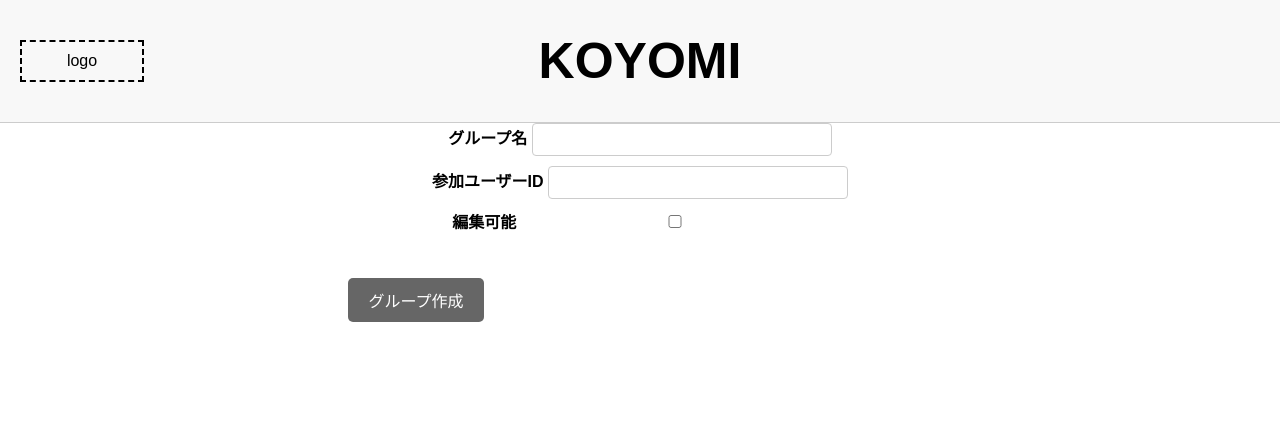
Repository: teramu0602/koyomi
Page: http://localhost/create_group
These files come from the project's save history. The page is drawn as it stood at one moment and after the next save; the edit follows.
The browser window is 1280 px wide. The pictures show the whole page.
Some web fonts or font styles are not loaded; a fallback is used. The page is served by the project's Laravel application, run on PHP 8.4 with Laravel 9. Other server files are loaded and not shown. Style sheets and scripts are compiled from the project's sources, by tool versions that may differ from the author's.

Above is the page before, as saved 2025-02-23 20:26:31.

### routes/web.php
<?php

use Illuminate\Support\Facades\Route;
use App\Http\Controllers\CalendarController;
use App\Http\Controllers\PostController;
use App\Http\Controllers\Auth\LoginController;



/*
|--------------------------------------------------------------------------
| Web Routes
|--------------------------------------------------------------------------
|
| Here is where you can register web routes for your application. These
| routes are loaded by the RouteServiceProvider within a group which
| contains the "web" middleware group. Now create something great!
|
*/

Route::get('/', function () {
    return view('welcome');
});

Route::get('/admin', function () {
    return view('layouts/admin');
});

Route::get('/admin/home', function () {
    return view('calender/home');
});

Route::get('/custom-login', [LoginController::class, 'showLoginForm'])->name('custom.login');
Route::post('/custom-login', [LoginController::class, 'login'])->name('custom.login.submit');
Route::get('/custom-login', function () {
    return view('admin/login');
});

Route::get('/signup', function () {
    return view('admin/signup');
});
Auth::routes();

Route::get('/home', [App\Http\Controllers\HomeController::class, 'index'])->name('home');



Route::get('/calendar', function () {
    return view('calender/calendar');
})->name('calendar');

Route::get('/calendar/{year}/{month}', [CalendarController::class, 'show'])->name('calendar.show');
Route::get('/admin/home/{year}/{month}', [CalendarController::class, 'showAdmin'])->name('calendar.admin.show');

Route::get('/admin/home', [CalendarController::class, 'index']);

Route::get('/common', function () {
    return view('admin/calendar_common');
});

Route::get('/grouplist', function () {
    return view('admin/group_list');
});

Route::get('/create_group', function () {
    return view('admin/create_group');
});


Route::post('/groups', [CalendarController::class, 'store'])->name('groups.store');

### resources/views/admin/create_group.blade.php
@extends('admin.calendar_common')
@section('title', 'グループ作成')

@section('content')
<form action="{{ route('groups.store') }}" method="POST">
    @csrf
    <div>
        <label for="group_name">グループ名</label>
        <input type="text" id="group_name" name="group_name" required>
    </div>

    <div>
        <label for="join_id">参加ユーザーID</label>
        <input type="number" id="join_id" name="join_id" required>
    </div>

    <div>
        <label for="edit_flg">編集可能</label>
        <input type="checkbox" id="edit_flg" name="edit_flg" value="1">
    </div>

    <button type="submit">グループ作成</button>
</form>


@endsection

### resources/views/admin/calendar_common.blade.php
@extends('layouts.admin_calender')
@section('title', 'common')
<head>
<link href="{{ asset('css/common.admin.css') }}" rel="stylesheet">
</head>

@section('content')
<div class = "container">
<button class="switch_button" onclick="toggleMode()">グループ / 個人</button>
</div>

@endsection

### resources/views/layouts/admin_calender.blade.php
<!DOCTYPE html>
<html lang="{{ app()->getLocale() }}">
    <head>
        <meta charset="utf-8">
        <meta http-equiv="X-UA-Compatible" content="IE=edge">
        <meta name="viewport" content="width=device-width, initial-scale=1">
        <meta name="csrf-token" content="{{ csrf_token() }}">

        <title>@yield('title')</title>

        <script src="{{ asset('js/app.js') }}" defer></script>

        <link rel="dns-prefetch" href="https://fonts.gstatic.com">
        <link href="https://fonts.googleapis.com/css?family=Raleway:300,400,600" rel="stylesheet" type="text/css">

        <link href="{{ asset('css/admin.css') }}" rel="stylesheet">


    </head>

   <header>
        <div class="logo">logo</div>
        <h1 class="service-name">KOYOMI</h1>
        @yield('drop_menu')
    </header>

    <main>
    @yield('content')
    </main>
    <body>
    </body>

</html>

### public/css/common.admin.css
html, body {
    width: 100%;
    margin: 0; /* 不要なマージンを削除 */
    padding: 0; /* 不要なパディングを削除 */
}

.container {
    display: flex;
    justify-content: right; /* 水平中央に配置 */


}

button {

    border: none;
    border-radius: 5px;
    cursor: pointer;
    margin: 0!important;
    margin-top: 35px!important;
    margin-right: 448px!important;
    font-size: 16px;

    display: flex !important;
    justify-content: flex-end !important;
  }




.purple {
    color: orange;
}

.switch_button{
    display: flex ;
    justify-content: flex-end ;


}

### resources/sass/admin.scss
@charset "UTF-8";
body {
  font-family: Arial, sans-serif;
  text-align: center;
  margin: 0;
  padding: 0;
}

header {
  display: flex;
  justify-content: center;
  align-items: center;
  width: 100%;

  padding: 40px 0px 40px 0px;
  background-color: #f8f8f8;
  border-bottom: 1px solid #ccc;
}

.logo {
  border: 2px dashed black;
  padding: 10px;
  width: 100px;
  text-align: center;
  margin-right: auto;
  margin-left: 20px;
}

.service-name {
  font-size: 50px;
  position: absolute; /* ページ全体に対して中央配置 */
  left: 50%;
  transform: translateX(-50%); /* 画面の中央に配置 */
  text-align: center; /* 中央揃え */
}

main {
  margin-top: 0px;
  background: linear-gradient(to bottom, orange 0%, white 0%);
}

h2 {
  font-size: 22px;
  margin-bottom: 50px;
}

form {
  display: flex;
  flex-direction: column;
  align-items: center;
  gap: 10px;
}

label {
  font-weight: bold;
}

input {
  width: 300px;
  padding: 8px;
  border: 1px solid #ccc;
  border-radius: 4px;
}

button {
  background-color: #666;
  color: white;
  padding: 10px 20px;
  border: none;
  border-radius: 5px;
  cursor: pointer;
  margin-top: 35px;
  font-size: 16px;
}

button:hover {
  background-color: #444;
}

.login-link {
  margin-top: 40px;
  font-size: 14px;
  color: #555;
}

.checkbox {
  margin: 30px;
  display: flex; /* 横並びにする */
  align-items: center;
  margin-right: 170px;
}

.checkbox input[type=checkbox] {
  margin-right: 10px; /* チェックボックスとテキストの間隔 */
}

.remember {
  font-size: 14px;
}

input#remember {
  width: 10px; /* 幅を300pxに設定 */
  height: 20px; /* 高さを13pxに設定 */
}

.checkbox label {
  font-weight: normal;
}

table {
  width: 100%;
  border-collapse: collapse;
}

td {
  border: 1px solid grey;
  text-align: left; /* 左揃え */
  vertical-align: top; /* 上揃え */

  padding: 0px 0px 150px 0px;

}

th {
  background: white;
  text-align: center;
  padding: 10px;
}

.sunday {
  background: pink;
  color: red;
}

.red {
  color: red;
}

.saturday {
  background: pink;
  color: blue;
}

.blue{
  color: blue;
}

.next-month {
  background: #ccc;
  color: #666;
}

.month_toggle {
  text-decoration: none;
  color: black;
}

.nav-item {
  list-style: none;
  margin-right: 20px;
}

.pink {
  color: pink;
  background-color: purple;
}
.prev-month, .next-month {
  background: #ccc;
  color: #666;
}

.switch {
  background-color: orange;
  padding: 0px 0px 35px 0px;
  font-size: 20px;
}

.who {
  background-color: palegoldenrod;
  font-size: 20px;
  margin-right: 400px;
}

.switch_button{
  margin-left: 400px;
}

table {
  width: 80%; /* テーブルの幅を90%に設定 */
  margin-left: auto; /* 左側の空白 */
  margin-right: auto; /* 右側の空白 */
  margin-bottom: 50px;
}

Loaded but not shown: app/Http/Controllers/Auth/ConfirmPasswordController.php (common file); app/Http/Controllers/Controller.php (common file)

After the next save:
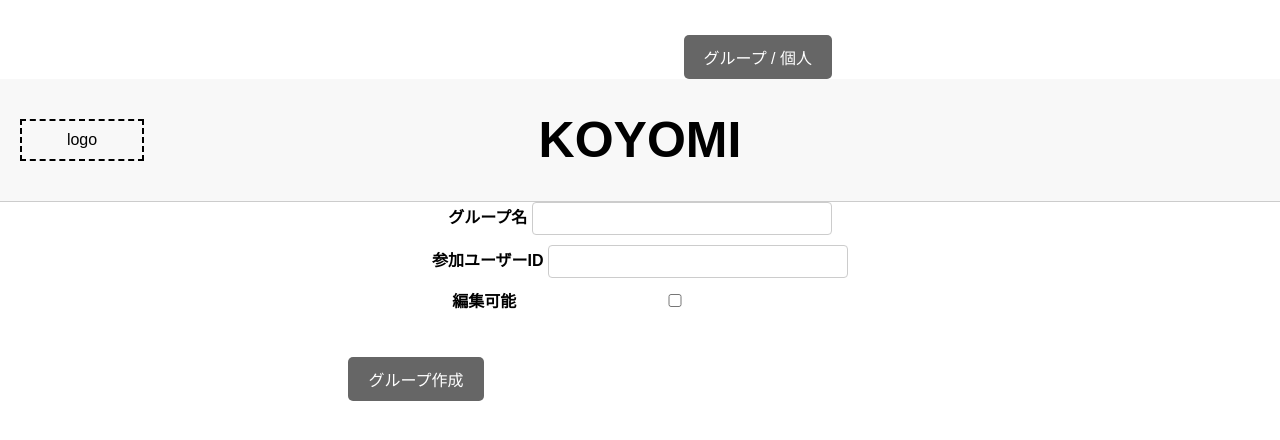
Saved 3 min 34 s later.
--- a/resources/views/admin/calendar_common.blade.php
+++ b/resources/views/admin/calendar_common.blade.php
@@ -4,9 +4,8 @@
 <link href="{{ asset('css/common.admin.css') }}" rel="stylesheet">
 </head>
 
-@section('content')
+<main>
 <div class = "container">
 <button class="switch_button" onclick="toggleMode()">グループ / 個人</button>
 </div>
-
-@endsection
+</main>

After the save that followed:
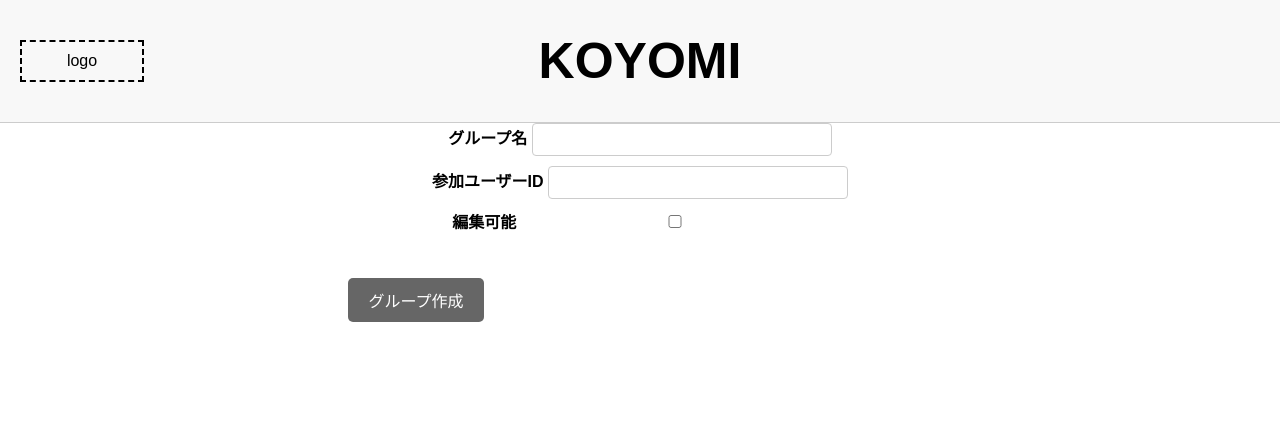
Saved 16 s later.
--- a/resources/views/admin/calendar_common.blade.php
+++ b/resources/views/admin/calendar_common.blade.php
@@ -4,8 +4,9 @@
 <link href="{{ asset('css/common.admin.css') }}" rel="stylesheet">
 </head>
 
-<main>
+@section('content')
 <div class = "container">
 <button class="switch_button" onclick="toggleMode()">グループ / 個人</button>
 </div>
-</main>
+
+@endsection
